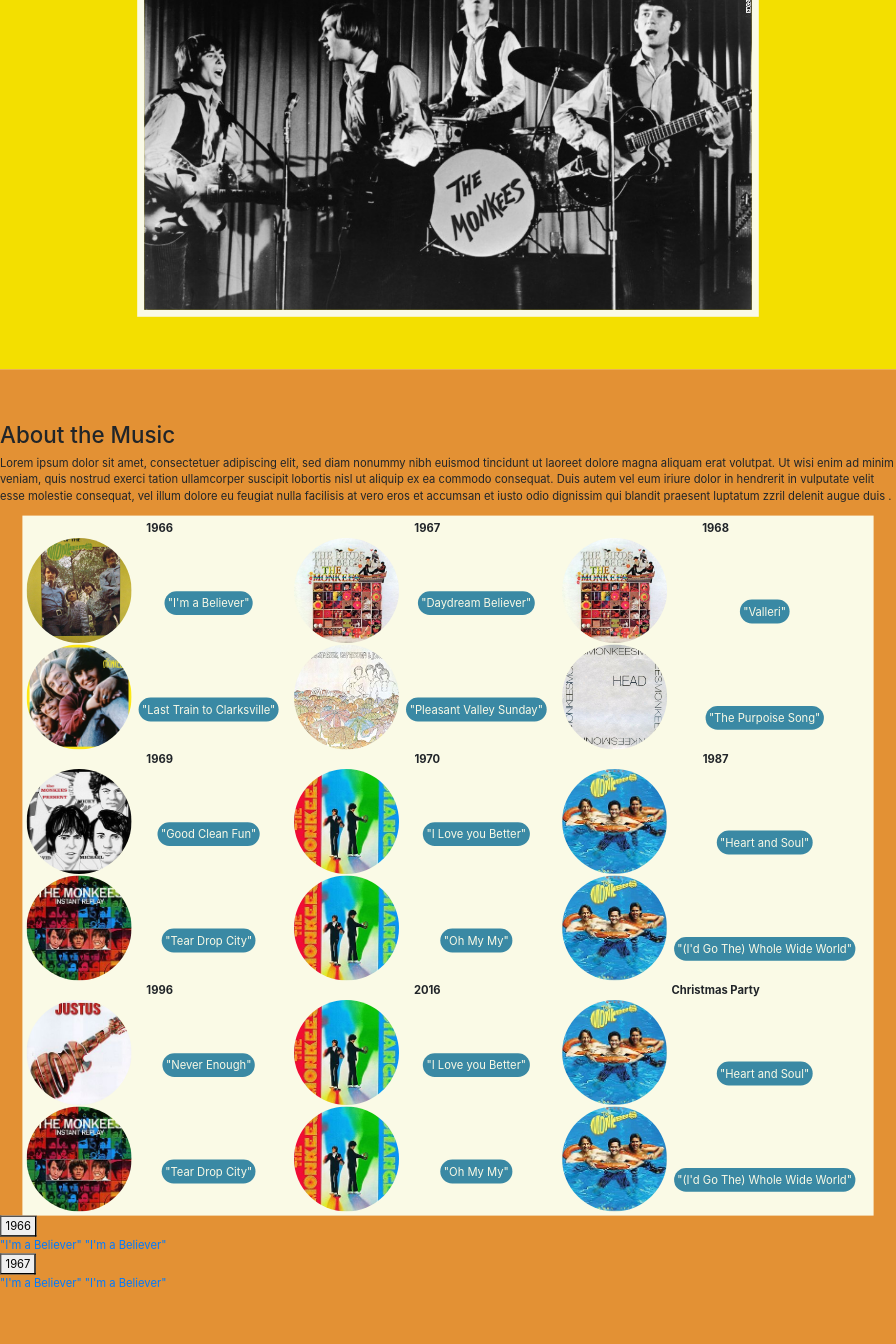
Repository: stu1612/Milestone-Project-Stu-Bolderson
Page: mock-header/mh.html
The author's editor kept a record of every edit. The page is drawn from the files as they stood at one moment, then again after the next edit.
The browser window is 1280 px wide. The pictures show the part of the page from y = 1351 to 3271 px (the page is 3271 px tall), at 70% of full size.
Some web libraries are served in a nearby version.

Above is the page before.

After the next edit:
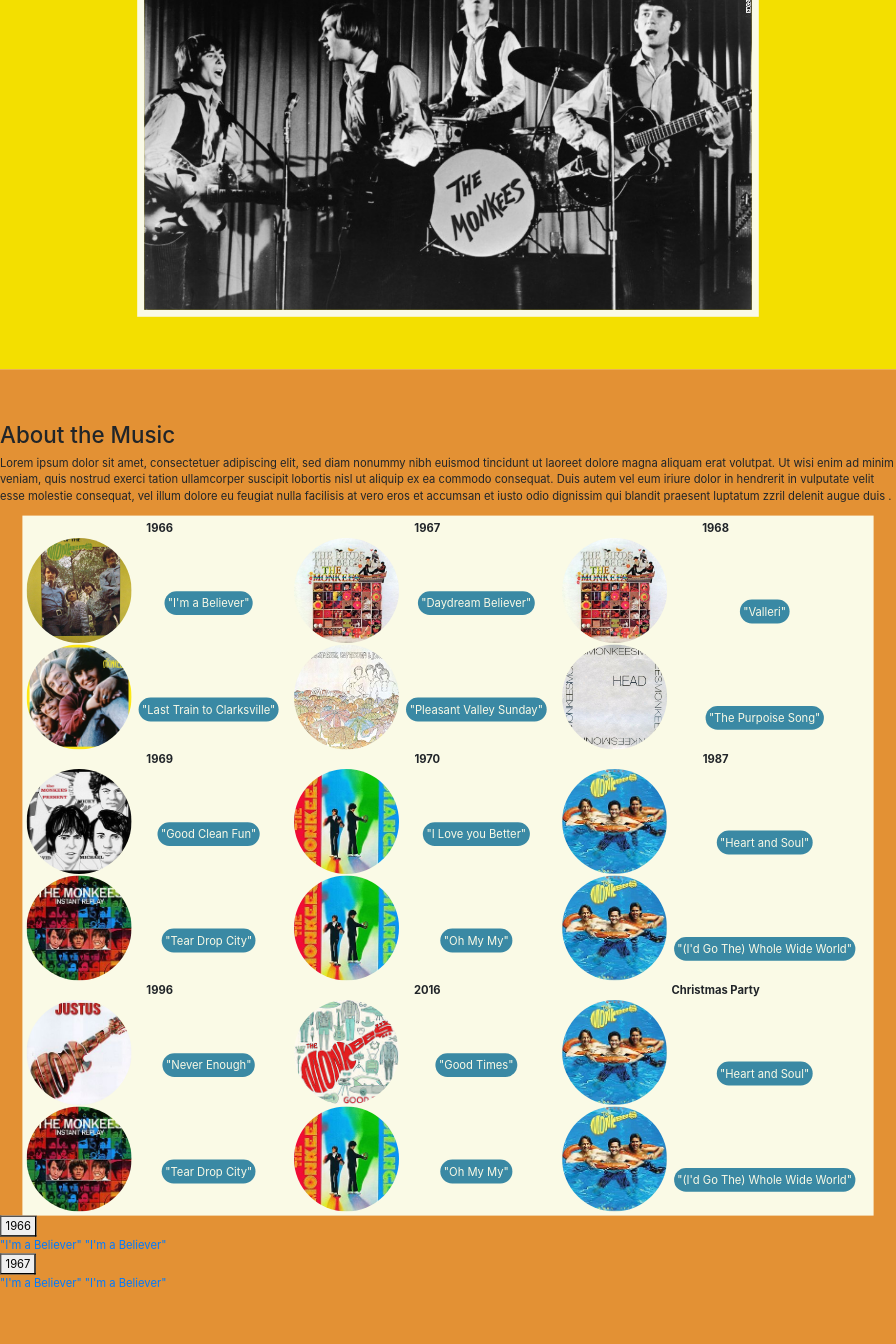
The edit:
--- a/mock-header/mh.html
+++ b/mock-header/mh.html
@@ -179,8 +179,8 @@
                                 <a class="album-song" href="#0" > "Never Enough"</href>
                         </td>
                         <td class="music-col">
-                            <img src="../assets/images/monkees_changes.jpg" class="pull-left" title="Changes" alt="Monkees album cover image"></img>
-                                <a class="album-song" href="#0" > "I Love you Better"</href>
+                            <img src="../assets/images/mon_gtimes.jpg" class="pull-left" title="Good Times" alt="Monkees album cover image"></img>
+                                <a class="album-song" href="#0" > "Good Times"</href>
 
                         </td>
                         <td class="music-col">
